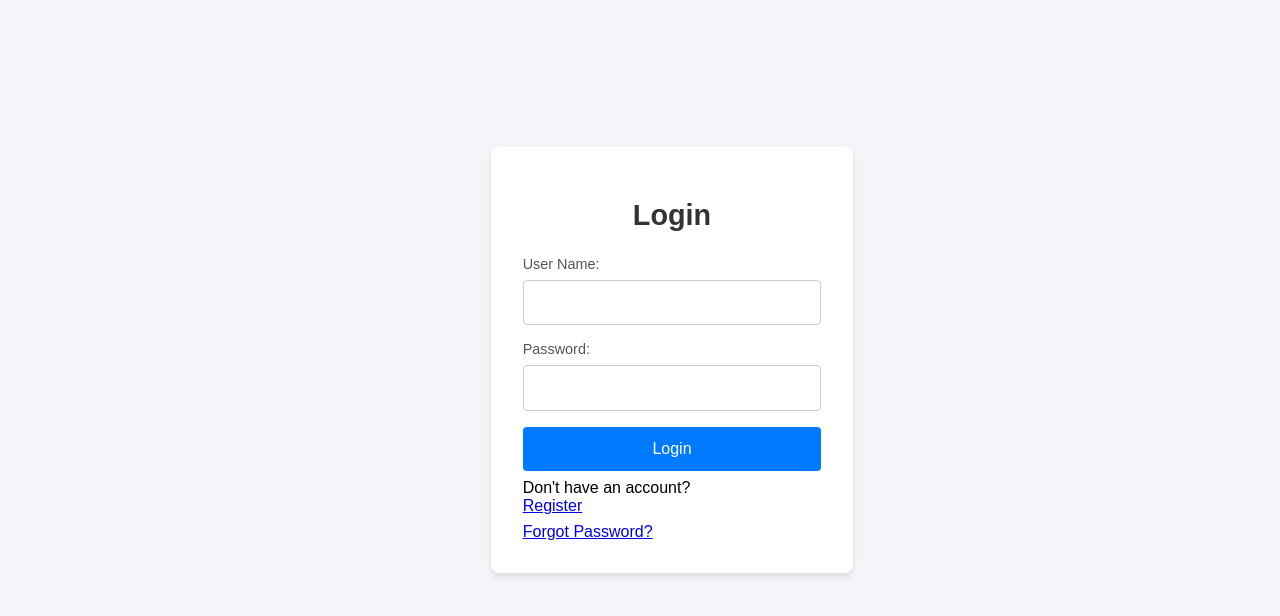
Repository: Nuttawut-Amattong/outtrip
Page: / (app in OutTrip/)
The author's editor kept a copy of each file at every save. The page is drawn from the files as they stood at one save, then again after the next save.
The browser window is 1280 px wide. The pictures show the whole page.
The project was rebuilt for these pictures with package versions that can differ from the ones it lists, and the page was loaded fresh each time. Also part of the build but not shown: OutTrip/vite.config.js.

Above is the page before, as saved 2025-05-18 22:22:53.

### OutTrip/src/main.jsx
import { StrictMode } from 'react';
import { createRoot } from 'react-dom/client';
import { BrowserRouter, Routes, Route } from 'react-router-dom';
import Login from './pages/Login.jsx';

createRoot(document.getElementById('root')).render(
  <StrictMode>
    <BrowserRouter>
      <Routes>
        <Route path="/" element={<Login />} />
      </Routes>
    </BrowserRouter>
  </StrictMode>
);

### OutTrip/src/pages/Login.jsx
import { useState } from "react";
import '../CSS/login.css';

function Login() {
    const [user, setUser] = useState("");
    const [password, setPassword] = useState("");

    const handleSubmit = (e) => {
        e.preventDefault();
        console.log("User:", user);
        console.log("Password:", password);
    };

    return (
        <div className="login-container">
            <h1>Login</h1>
            <form onSubmit={handleSubmit}>
                <label htmlFor="user">User Name:</label>
                <input
                    type="text"
                    id="user"
                    value={user}
                    onChange={(e) => setUser(e.target.value)}
                    required
                />
                <label htmlFor="password">Password:</label>
                <input
                    type="password"
                    id="password"
                    value={password}
                    onChange={(e) => setPassword(e.target.value)}
                    required
                />
                <button type="submit">Login</button>
                <label htmlFor="register"></label>
                    Don't have an account? <a href="/register">Register</a>
                <label htmlFor="forgot-password"></label>
                    <a href="/forgot-password">Forgot Password?</a>
            </form>
        </div>
    );
}

export default Login;

### OutTrip/src/CSS/login.css
body {
    font-family: Arial, sans-serif;
    margin: 0;
    padding: 0;
    background-color: #f4f4f9;
    display: flex;
    justify-content: center;
    align-items: center;
    height: 100vh;
}

.login-container {
    background-color: #ffffff;
    padding: 2rem;
    border-radius: 8px;
    box-shadow: 0 4px 6px rgba(0, 0, 0, 0.1);
    width: 100%;
    max-width: 400px;
}

.login-container h1 {
    font-size: 1.8rem;
    margin-bottom: 1.5rem;
    color: #333333;
    text-align: center;
}

.login-container form {
    display: flex;
    flex-direction: column;
}

.login-container label {
    font-size: 0.9rem;
    margin-bottom: 0.5rem;
    color: #555555;
}

.login-container input[type="text"],
.login-container input[type="user"],
.login-container input[type="password"] {
    padding: 0.8rem;
    margin-bottom: 1rem;
    border: 1px solid #cccccc;
    border-radius: 4px;
    font-size: 1rem;
}

.login-container input[type="text"]:focus,
.login-container input[type="userl"]:focus,
.login-container input[type="password"]:focus {
    border-color: #007bff;
    outline: none;
}

.login-container button {
    padding: 0.8rem;
    background-color: #007bff;
    color: #ffffff;
    border: none;
    border-radius: 4px;
    font-size: 1rem;
    cursor: pointer;
    transition: background-color 0.3s ease;
}

.login-container button:hover {
    background-color: #0056b3;
}

.login-container .forgot-password {
    margin-top: 1rem;
    text-align: center;
}

.login-container .forgot-password a {
    color: #007bff;
    text-decoration: none;
    font-size: 0.9rem;
}

.login-container .forgot-password a:hover {
    text-decoration: underline;
}

Loaded but not shown: OutTrip/index.html (common file)

After the next save:
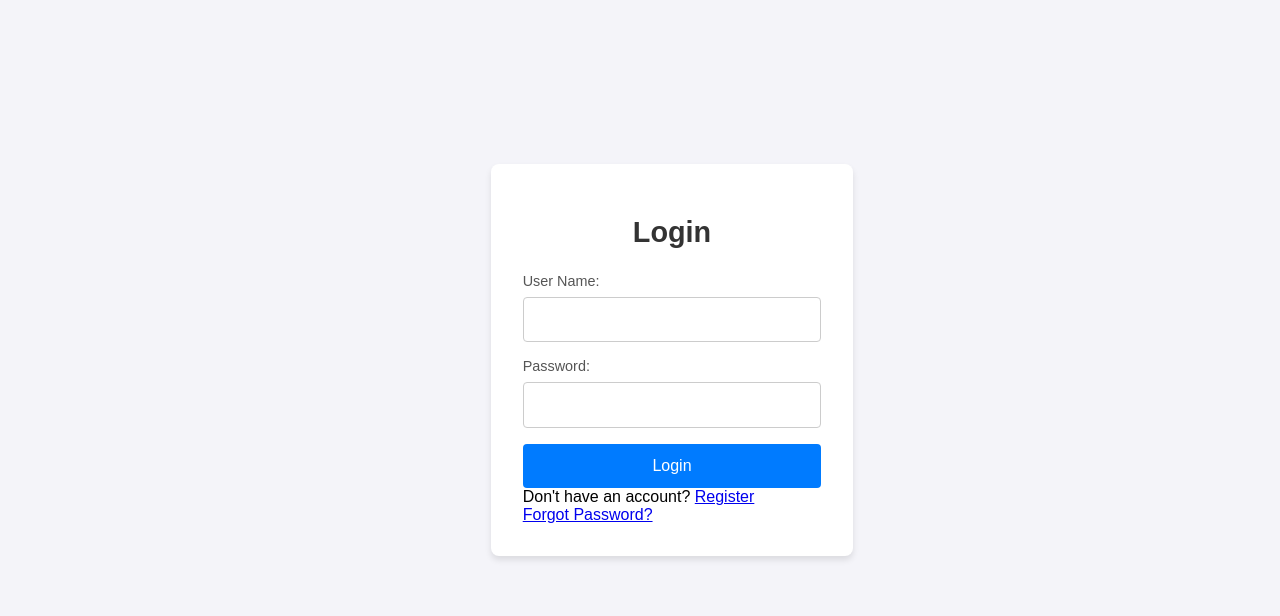
Saved 68 s later.
--- a/OutTrip/src/pages/Login.jsx
+++ b/OutTrip/src/pages/Login.jsx
@@ -32,10 +32,14 @@ function Login() {
                     required
                 />
                 <button type="submit">Login</button>
-                <label htmlFor="register"></label>
-                    Don't have an account? <a href="/register">Register</a>
-                <label htmlFor="forgot-password"></label>
-                    <a href="/forgot-password">Forgot Password?</a>
+                <div className="login-links">
+                    <div className="register-link">
+                        Don't have an account? <a href="/register">Register</a>
+                    </div>
+                    <div className="forgot-password-link">
+                        <a href="/forgot-password">Forgot Password?</a>
+                    </div>
+                </div>
             </form>
         </div>
     );
